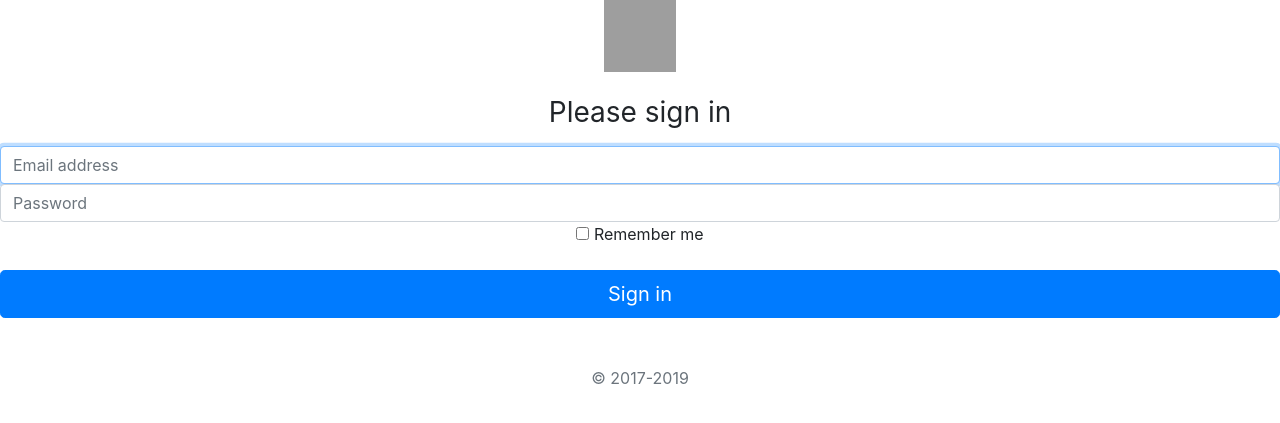
Repository: Symfomany/vuecontrol
Page: index.html
The author's editor kept a copy of each file at every save. The page is drawn from the files as they stood at one save, then again after the next save.
The browser window is 1280 px wide. The pictures show the whole page.
Pictures or frames that could not be fetched are drawn as grey boxes.

Above is the page before, as saved 2019-11-16 11:59:48.
Not found: signin.css

After the next save:
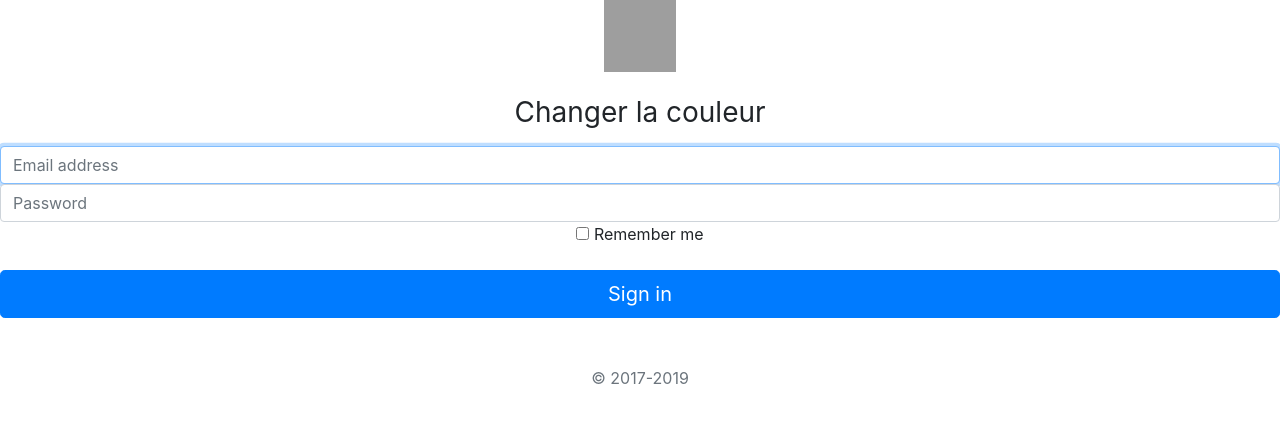
Saved 18 s later.
--- a/index.html
+++ b/index.html
@@ -34,7 +34,7 @@
   <body class="text-center" style="">
     <form class="form-signin">
   <img class="mb-4" src="https://getbootstrap.com/docs/4.3/assets/brand/bootstrap-solid.svg" alt="" width="72" height="72">
-  <h1 class="h3 mb-3 font-weight-normal">Please sign in</h1>
+  <h1 class="h3 mb-3 font-weight-normal">Changer la couleur</h1>
   <label for="inputEmail" class="sr-only">Email address</label>
   <input type="email" id="inputEmail" class="form-control" placeholder="Email address" required="" autofocus="">
   <label for="inputPassword" class="sr-only">Password</label>
